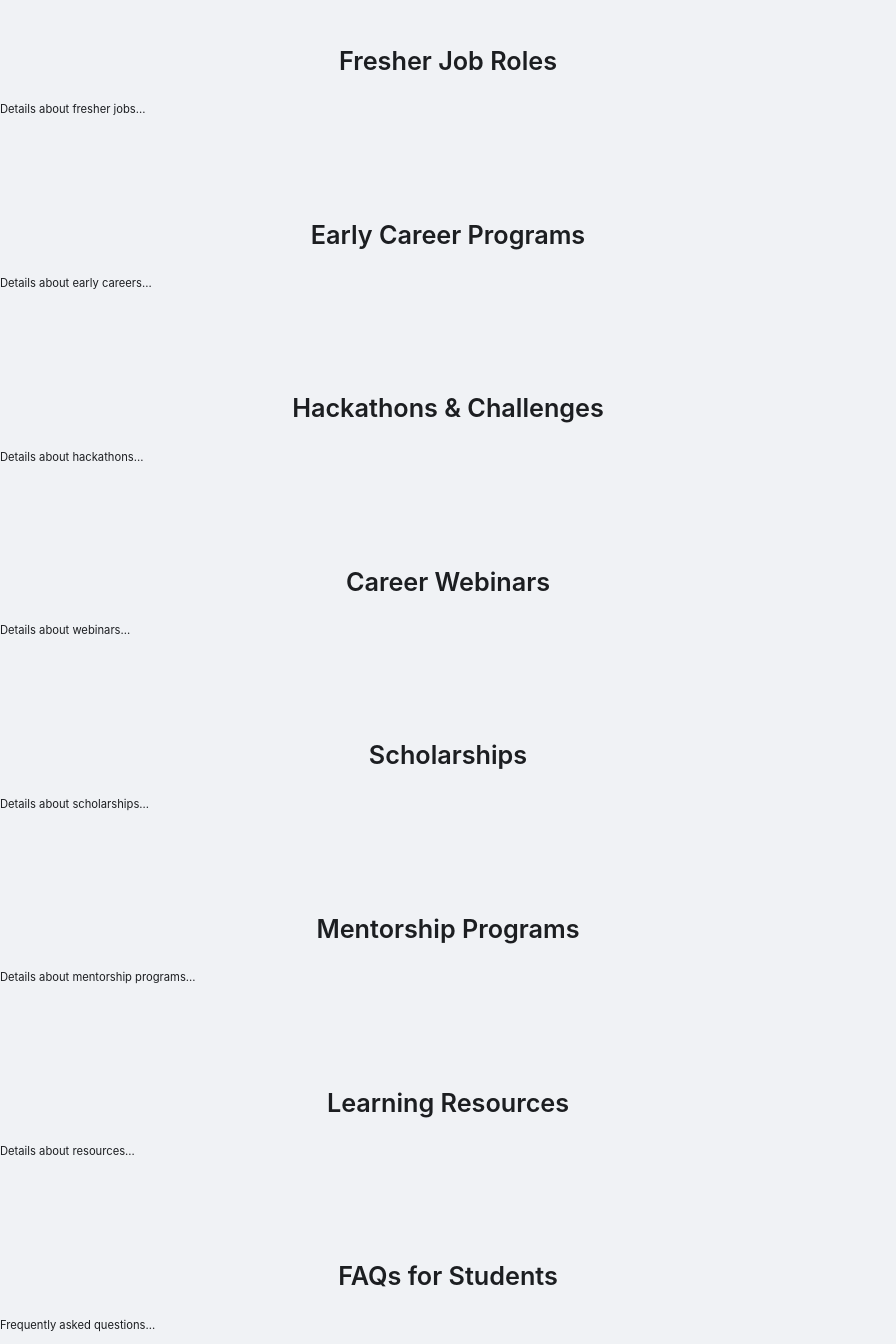
Repository: Siddharthkothiyal/GharPadhaaroCareerWebsite
Page: /students
These files come from the project's save history. The page is drawn as it stood at one moment and after the next save; the edit follows.
The browser window is 1280 px wide. The pictures show the part of the page from y = 0 to 1920 px (the page is 1984 px tall before and 2802 px after), at 70% of full size.
The project was rebuilt for these pictures with package versions that can differ from the ones it lists, and the page was loaded fresh each time. Also part of the build but not shown: src/components/CareerPortal/JobListing/JobListings.css, src/components/CareerPortal/JobListing/JobListings.js, src/components/CareerPortal/Header.css, src/components/CareerPortal/ResumeUpload.css, src/components/CareerPortal/ResumeUpload.js, src/components/CareerPortal/Header.js, src/components/CareerPortal/JobListing/JobSearch.css, src/components/CareerPortal/JobListing/JobSearch.js and 10 more.

Above is the page before, as saved 2025-06-21 19:48:06.

After the next save:
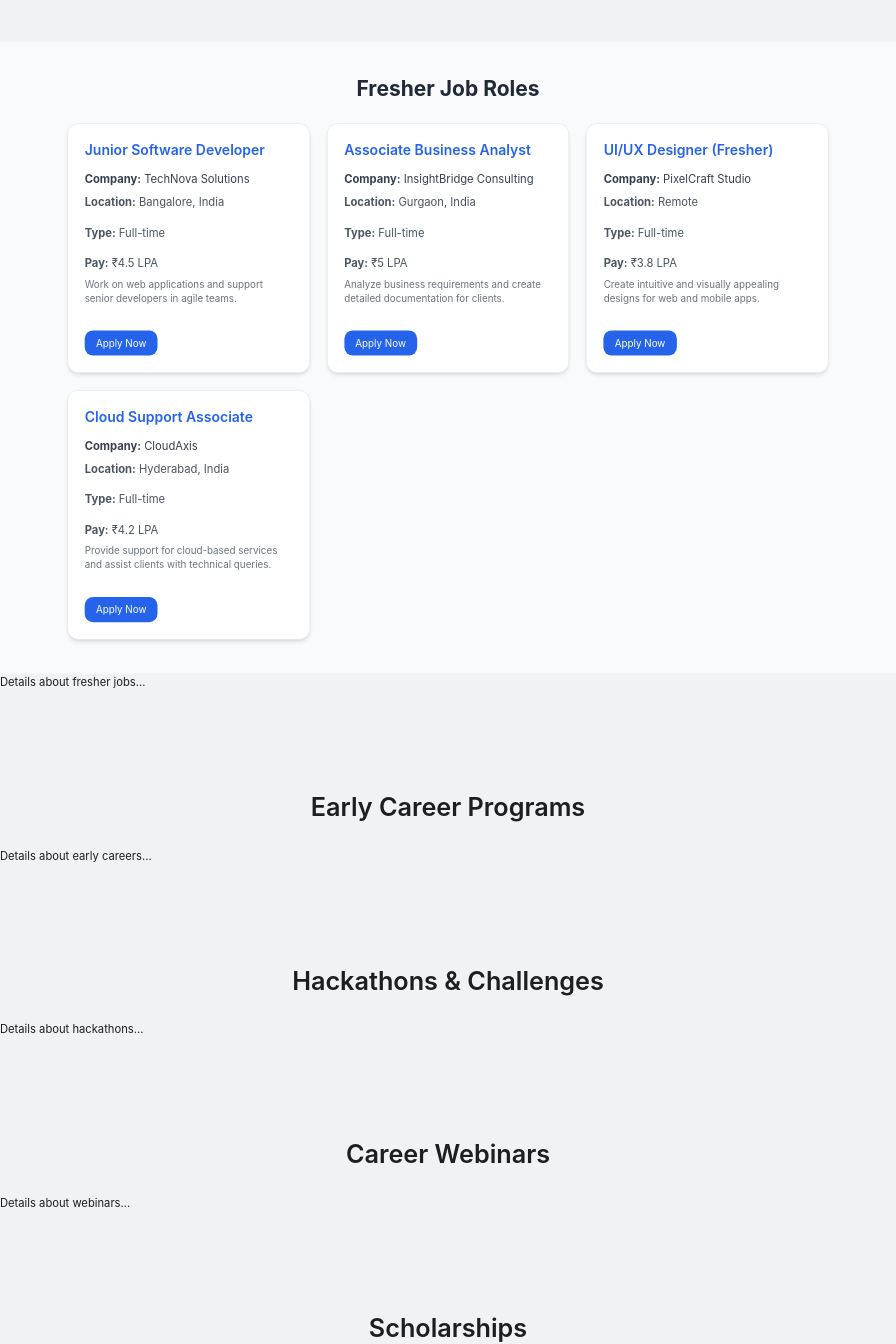
Saved 52 s later.
--- a/src/components/CareerPortal/StudentsPage/StudentsPage.js
+++ b/src/components/CareerPortal/StudentsPage/StudentsPage.js
@@ -1,7 +1,7 @@
 // StudentsPage.jsx
 import React from 'react';
-// import Internships from './sections/Internships'; // Adjust path if needed
-// import JobListings from '../JobListing/JobListings';
+import FreshersJob from './sections/FreshersJob';
+
 
 
 const StudentsPage = () => {
@@ -12,7 +12,7 @@ const StudentsPage = () => {
       </section> */}
 
       <section id="fresher-jobs">
-        <h2>Fresher Job Roles</h2>
+        <FreshersJob/>
         <p>Details about fresher jobs...</p>
       </section>
 
